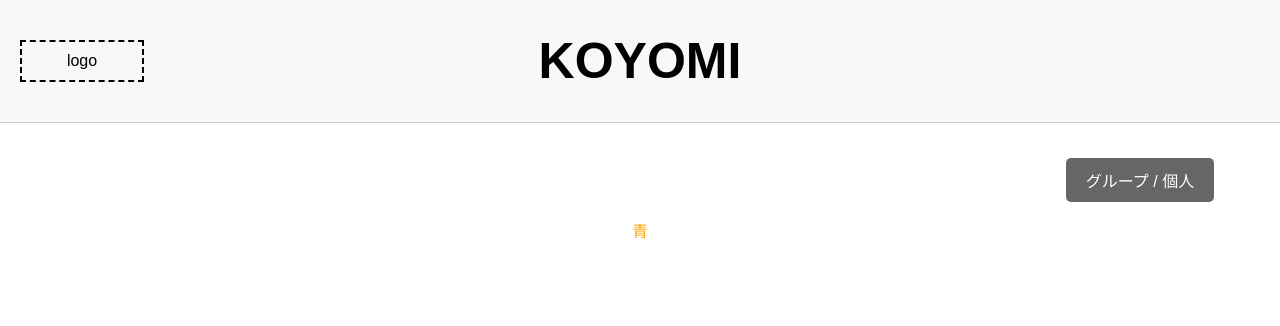
Repository: teramu0602/koyomi
Page: http://localhost/grouplist
The author's editor kept a copy of each file at every save. The page is drawn from the files as they stood at one save, then again after the next save.
The browser window is 1280 px wide. The pictures show the whole page.
Some web fonts or font styles are not loaded; a fallback is used. The page is served by the project's Laravel application, run on PHP 8.4 with Laravel 9. Other server files are loaded and not shown. Style sheets and scripts are compiled from the project's sources, by tool versions that may differ from the author's.

Above is the page before, as saved 2025-02-22 09:15:56.

### routes/web.php
<?php

use Illuminate\Support\Facades\Route;
use App\Http\Controllers\CalendarController;
use App\Http\Controllers\PostController;
use App\Http\Controllers\Auth\LoginController;



/*
|--------------------------------------------------------------------------
| Web Routes
|--------------------------------------------------------------------------
|
| Here is where you can register web routes for your application. These
| routes are loaded by the RouteServiceProvider within a group which
| contains the "web" middleware group. Now create something great!
|
*/

Route::get('/', function () {
    return view('welcome');
});

Route::get('/admin', function () {
    return view('layouts/admin');
});

Route::get('/admin/home', function () {
    return view('calender/home');
});

Route::get('/custom-login', [LoginController::class, 'showLoginForm'])->name('custom.login');
Route::post('/custom-login', [LoginController::class, 'login'])->name('custom.login.submit');
Route::get('/custom-login', function () {
    return view('admin/login');
});

Route::get('/signup', function () {
    return view('admin/signup');
});
Auth::routes();

Route::get('/home', [App\Http\Controllers\HomeController::class, 'index'])->name('home');



Route::get('/calendar', function () {
    return view('calender/calendar');
})->name('calendar');

Route::get('/calendar/{year}/{month}', [CalendarController::class, 'show'])->name('calendar.show');
Route::get('/admin/home/{year}/{month}', [CalendarController::class, 'showAdmin'])->name('calendar.admin.show');

Route::get('/admin/home', [CalendarController::class, 'index']);

Route::get('/grouplist', function () {
    return view('admin/group_list');
});

### resources/views/admin/group_list.blade.php
@extends('layouts.admin_calender')
<head>
<link href="{{ asset('css/common.admin.css') }}" rel="stylesheet">
</head>

@section('content')
<button class="switch_button" onclick="toggleMode()">グループ / 個人</button>
<p class = "purple">青</p>
@endsection

### resources/views/layouts/admin_calender.blade.php
<!DOCTYPE html>
<html lang="{{ app()->getLocale() }}">
    <head>
        <meta charset="utf-8">
        <meta http-equiv="X-UA-Compatible" content="IE=edge">
        <meta name="viewport" content="width=device-width, initial-scale=1">
        <meta name="csrf-token" content="{{ csrf_token() }}">

        <title>@yield('title')</title>

        <script src="{{ asset('js/app.js') }}" defer></script>

        <link rel="dns-prefetch" href="https://fonts.gstatic.com">
        <link href="https://fonts.googleapis.com/css?family=Raleway:300,400,600" rel="stylesheet" type="text/css">

        <link href="{{ asset('css/admin.css') }}" rel="stylesheet">


    </head>

   <header>
        <div class="logo">logo</div>
        <h1 class="service-name">KOYOMI</h1>
        @yield('drop_menu')
    </header>

    <main>
    @yield('content')
    </main>
    <body>
    </body>

</html>

### public/css/common.admin.css
.button {
    background-color: aquamarine;
    margin-left: 1000px;
}
.purple {
    color: orange;
}

.switch_button{
    margin-left: 1000px !important;
}

### resources/sass/admin.scss
@charset "UTF-8";
body {
  font-family: Arial, sans-serif;
  text-align: center;
  margin: 0;
  padding: 0;
}

header {
  display: flex;
  justify-content: center;
  align-items: center;
  width: 100%;

  padding: 40px 0px 40px 0px;
  background-color: #f8f8f8;
  border-bottom: 1px solid #ccc;
}

.logo {
  border: 2px dashed black;
  padding: 10px;
  width: 100px;
  text-align: center;
  margin-right: auto;
  margin-left: 20px;
}

.service-name {
  font-size: 50px;
  position: absolute; /* ページ全体に対して中央配置 */
  left: 50%;
  transform: translateX(-50%); /* 画面の中央に配置 */
  text-align: center; /* 中央揃え */
}

main {
  margin-top: 0px;
  background: linear-gradient(to bottom, orange 0%, white 0%);
}

h2 {
  font-size: 22px;
  margin-bottom: 50px;
}

form {
  display: flex;
  flex-direction: column;
  align-items: center;
  gap: 10px;
}

label {
  font-weight: bold;
}

input {
  width: 300px;
  padding: 8px;
  border: 1px solid #ccc;
  border-radius: 4px;
}

button {
  background-color: #666;
  color: white;
  padding: 10px 20px;
  border: none;
  border-radius: 5px;
  cursor: pointer;
  margin-top: 35px;
  font-size: 16px;
}

button:hover {
  background-color: #444;
}

.login-link {
  margin-top: 40px;
  font-size: 14px;
  color: #555;
}

.checkbox {
  margin: 30px;
  display: flex; /* 横並びにする */
  align-items: center;
  margin-right: 170px;
}

.checkbox input[type=checkbox] {
  margin-right: 10px; /* チェックボックスとテキストの間隔 */
}

.remember {
  font-size: 14px;
}

input#remember {
  width: 10px; /* 幅を300pxに設定 */
  height: 20px; /* 高さを13pxに設定 */
}

.checkbox label {
  font-weight: normal;
}

table {
  width: 100%;
  border-collapse: collapse;
}

td {
  border: 1px solid grey;
  text-align: left; /* 左揃え */
  vertical-align: top; /* 上揃え */

  padding: 0px 0px 150px 0px;

}

th {
  background: white;
  text-align: center;
  padding: 10px;
}

.sunday {
  background: pink;
  color: red;
}

.red {
  color: red;
}

.saturday {
  background: pink;
  color: blue;
}

.blue{
  color: blue;
}

.next-month {
  background: #ccc;
  color: #666;
}

.month_toggle {
  text-decoration: none;
  color: black;
}

.nav-item {
  list-style: none;
  margin-right: 20px;
}

.pink {
  color: pink;
  background-color: purple;
}
.prev-month, .next-month {
  background: #ccc;
  color: #666;
}

.switch {
  background-color: orange;
  padding: 0px 0px 35px 0px;
  font-size: 20px;
}

.who {
  background-color: palegoldenrod;
  font-size: 20px;
  margin-right: 400px;
}

.switch_button{
  margin-left: 400px;
}

table {
  width: 80%; /* テーブルの幅を90%に設定 */
  margin-left: auto; /* 左側の空白 */
  margin-right: auto; /* 右側の空白 */
  margin-bottom: 50px;
}

Loaded but not shown: app/Http/Controllers/Auth/ConfirmPasswordController.php (common file); app/Http/Controllers/Controller.php (common file)

After the next save:
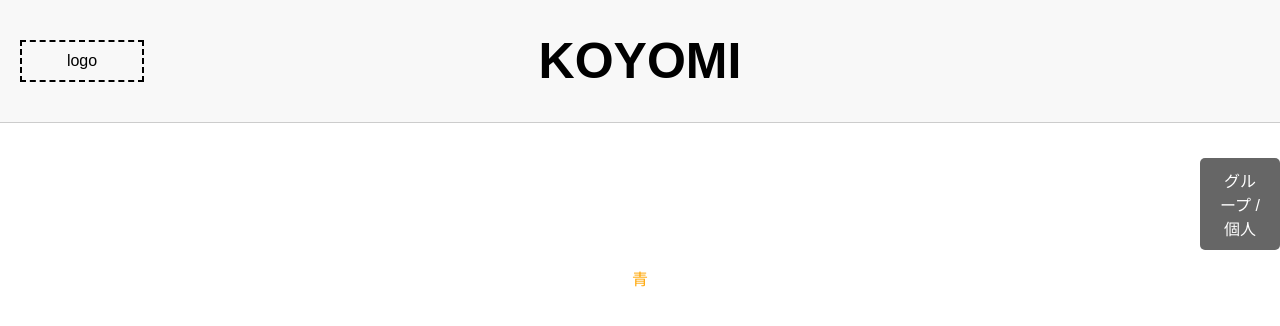
Saved 69 s later.
--- a/public/css/common.admin.css
+++ b/public/css/common.admin.css
@@ -7,5 +7,5 @@
 }
 
 .switch_button{
-    margin-left: 1000px !important;
+    margin-left: 1200px !important;
 }
